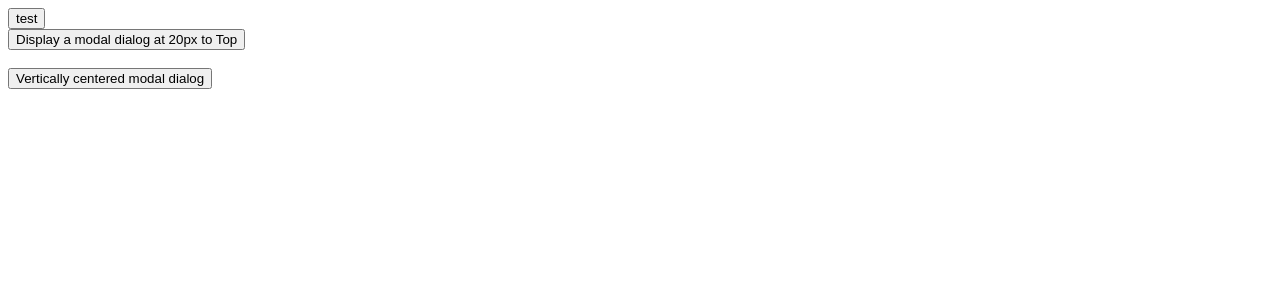
Repository: martisss/crx
Page: /
These files come from the project's save history. The page is drawn as it stood at one moment and after the next save; the edit follows.
The browser window is 1280 px wide. The pictures show the whole page.
The project was rebuilt for these pictures with package versions that can differ from the ones it lists, and the page was loaded fresh each time.

Above is the page before, as saved 2022-08-06 15:01:54.

### src/index.js
import React from 'react';
import ReactDOM from 'react-dom/client';
import Popup from './Popup';

const root = ReactDOM.createRoot(document.getElementById('root'));
root.render(
  <React.StrictMode>
    <Popup />
  </React.StrictMode>
);

### src/popup/index.js
import React from 'react'
import {Button} from 'antd'
import '../content'
export default function Popup() {
  return <Button type="primary">test</Button>
}

### src/content/index.js
import ReactDOM from 'react-dom/client';
import styled from 'styled-components'
import MainModal from './components/MainModal';
// const iconUrl = window.chrome.runtime.getURL('/images/ball.png')
function Content() {
  return <>
    <MainModal />
  </>
}

const Ball = styled.div`
  position: fixed;
  z-index: 9999;
  bottom: 50px;
  right: 20px;
  width: 50px;
  height: 50px;
  background: url('/images/ball.png');
  background-size: 100% 100%;
  cursor: pointer;
`

const app = document.createElement('div')
app.id = 'CRX-container'
document.body.appendChild(app)
const CRXroot = ReactDOM.createRoot(document.getElementById('CRX-container'))
CRXroot.render(<Content />)

### src/content/components/MainModal/index.tsx
import { Button, Modal } from 'antd';
import React, { useState } from 'react';

const MainModal: React.FC = () => {
  const [modal1Visible, setModal1Visible] = useState(false);
  const [modal2Visible, setModal2Visible] = useState(false);

  return (
    <>
      <Button type="primary" onClick={() => setModal1Visible(true)}>
        Display a modal dialog at 20px to Top
      </Button>
      <Modal
        title="20px to Top"
        style={{ top: 20 }}
        visible={modal1Visible}
        onOk={() => setModal1Visible(false)}
        onCancel={() => setModal1Visible(false)}
      >
        <p>some contents...</p>
        <p>some contents...</p>
        <p>some contents...</p>
      </Modal>
      <br />
      <br />
      <Button type="primary" onClick={() => setModal2Visible(true)}>
        Vertically centered modal dialog
      </Button>
      <Modal
        title="Vertically centered modal dialog"
        centered
        visible={modal2Visible}
        onOk={() => setModal2Visible(false)}
        onCancel={() => setModal2Visible(false)}
      >
        <p>some contents...</p>
        <p>some contents...</p>
        <p>some contents...</p>
      </Modal>
    </>
  );
};

export default MainModal;

Loaded but not shown: public/index.html (common file)

After the next save:
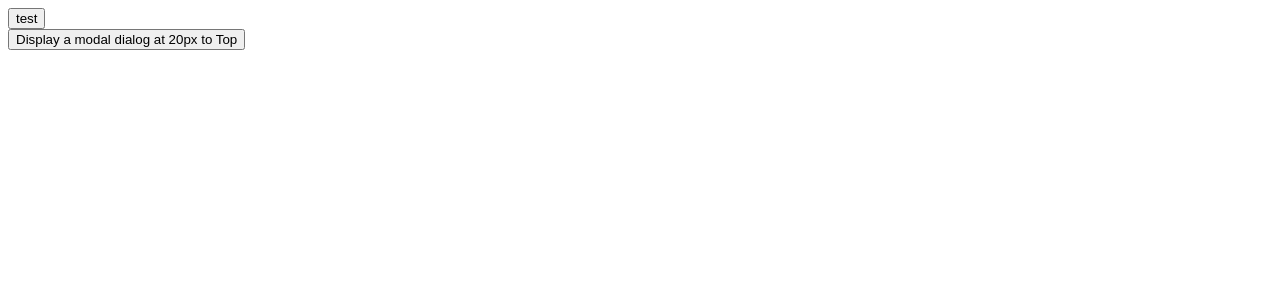
Saved 42 s later.
--- a/src/content/components/MainModal/index.tsx
+++ b/src/content/components/MainModal/index.tsx
@@ -21,22 +21,6 @@ const MainModal: React.FC = () => {
         <p>some contents...</p>
         <p>some contents...</p>
       </Modal>
-      <br />
-      <br />
-      <Button type="primary" onClick={() => setModal2Visible(true)}>
-        Vertically centered modal dialog
-      </Button>
-      <Modal
-        title="Vertically centered modal dialog"
-        centered
-        visible={modal2Visible}
-        onOk={() => setModal2Visible(false)}
-        onCancel={() => setModal2Visible(false)}
-      >
-        <p>some contents...</p>
-        <p>some contents...</p>
-        <p>some contents...</p>
-      </Modal>
     </>
   );
 };
